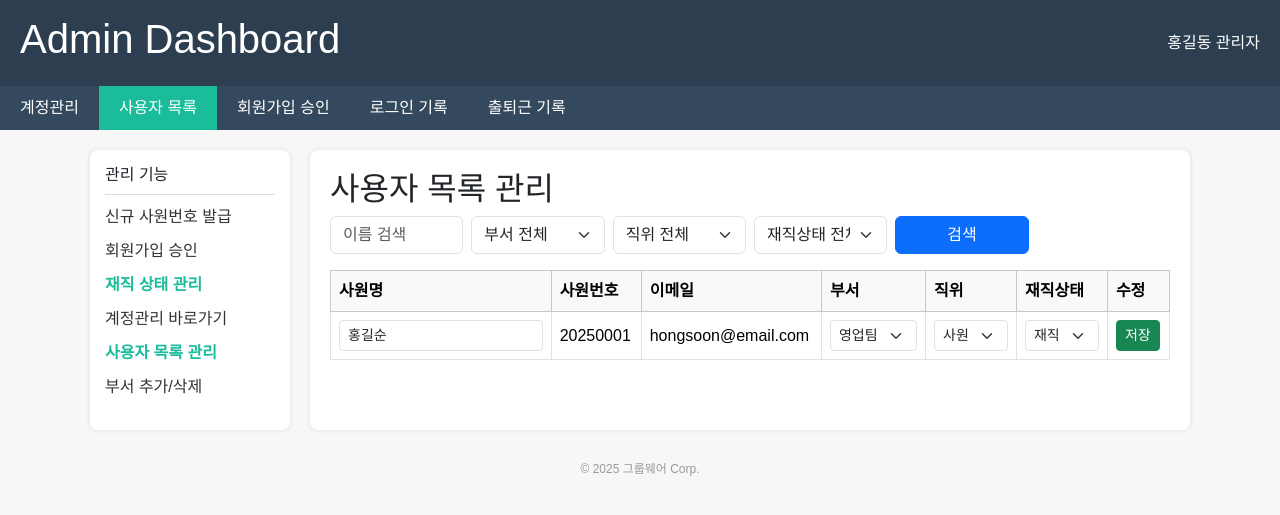
Repository: hyunbin7664/web-java-workspace
Page: groupware/src/main/webapp/admin_user_list.html
The author's editor kept a copy of each file at every save. The page is drawn from the files as they stood at one save, then again after the next save.
The browser window is 1280 px wide. The pictures show the whole page.

Above is the page before, as saved 2025-07-07 08:16:49.

### groupware/src/main/webapp/admin_user_list.html
<!DOCTYPE html>
<html lang="ko">
<head>
<meta charset="UTF-8">
<title>사용자 목록 관리</title>
<link
	href="https://cdn.jsdelivr.net/npm/bootstrap@5.3.2/dist/css/bootstrap.min.css"
	rel="stylesheet">
<style>
body {
	background-color: #f7f7f7;
	font-family: Arial, sans-serif;
	margin: 0;
}

header {
	background-color: #2c3e50;
	color: white;
	padding: 15px 20px;
	display: flex;
	justify-content: space-between;
	align-items: center;
}

nav {
	display: flex;
	background-color: #34495e;
}

nav a {
	padding: 10px 20px;
	color: white;
	text-decoration: none;
	display: inline-block;
}

nav a:hover, nav a.active {
	background-color: #1abc9c;
}

.container {
	display: flex;
	padding: 20px;
}

.sidebar {
	width: 200px;
	background-color: white;
	border-radius: 8px;
	padding: 15px;
	margin-right: 20px;
	box-shadow: 0 0 5px rgba(0, 0, 0, 0.1);
}

.sidebar h3 {
	margin-top: 0;
	font-size: 16px;
	border-bottom: 1px solid #ddd;
	padding-bottom: 10px;
}

.sidebar ul {
	list-style: none;
	padding: 0;
}

.sidebar ul li {
	margin: 10px 0;
}

.sidebar ul li a {
	color: #333;
	text-decoration: none;
}

.sidebar ul li a.active, .sidebar ul li a:hover {
	color: #1abc9c;
	font-weight: bold;
}

.main-content {
	flex: 1;
	background-color: white;
	border-radius: 8px;
	padding: 20px;
	box-shadow: 0 0 5px rgba(0, 0, 0, 0.1);
}

footer {
	text-align: center;
	padding: 10px;
	font-size: 12px;
	color: #999;
}
</style>
</head>
<body>
	<header>
		<h1>Admin Dashboard</h1>
		<div>홍길동 관리자</div>
	</header>
	<nav>
		<a href="admin_dashboard.html">계정관리</a> <a href="user_list.html"
			class="active">사용자 목록</a> <a href="employee_approval.html">회원가입
			승인</a> <a href="login_log.html">로그인 기록</a> <a href="attendance_log.html">출퇴근
			기록</a>
	</nav>
	<div class="container">
		<div class="sidebar">
			<h3>관리 기능</h3>
			<ul>
				<li><a href="employee_approval.html">신규 사원번호 발급</a></li>
				<li><a href="employee_approval.html">회원가입 승인</a></li>
				<li><a href="user_list.html" class="active">재직 상태 관리</a></li>
				<li><a href="admin_dashboard.html">계정관리 바로가기</a></li>
				<li><a href="user_list.html" class="active">사용자 목록 관리</a></li>
				<li><a href="user_list.html">부서 추가/삭제</a></li>
			</ul>
		</div>
		<div class="main-content">
			<h2>사용자 목록 관리</h2>
			<form class="row g-2 mb-3">
				<div class="col-md-2">
					<input type="text" class="form-control" placeholder="이름 검색">
				</div>
				<div class="col-md-2">
					<select class="form-select">
						<option>부서 전체</option>
						<option>영업팀</option>
						<option>개발팀</option>
					</select>
				</div>
				<div class="col-md-2">
					<select class="form-select">
						<option>직위 전체</option>
						<option>사원</option>
						<option>대리</option>
					</select>
				</div>
				<div class="col-md-2">
					<select class="form-select">
						<option>재직상태 전체</option>
						<option>재직</option>
						<option>휴직</option>
						<option>퇴사</option>
					</select>
				</div>
				<div class="col-md-2">
					<button class="btn btn-primary w-100">검색</button>
				</div>
			</form>
			<form>
				<table class="table table-bordered align-middle">
					<thead class="table-light">
						<tr>
							<th>사원명</th>
							<th>사원번호</th>
							<th>이메일</th>
							<th>부서</th>
							<th>직위</th>
							<th>재직상태</th>
							<th>수정</th>
						</tr>
					</thead>
					<tbody>
						<tr>
							<td><input type="text" class="form-control form-control-sm"
								value="홍길순"></td>
							<td>20250001</td>
							<td>hongsoon@email.com</td>
							<td><select class="form-select form-select-sm">
									<option>영업팀</option>
									<option>개발팀</option>
							</select></td>
							<td><select class="form-select form-select-sm">
									<option>사원</option>
									<option>대리</option>
							</select></td>
							<td><select class="form-select form-select-sm">
									<option>재직</option>
									<option>휴직</option>
									<option>퇴사</option>
							</select></td>
							<td>
								<button class="btn btn-success btn-sm">저장</button>
							</td>
						</tr>
						<!-- 추가 사원 행 반복 -->
					</tbody>
				</table>
			</form>
		</div>
	</div>
	<footer>© 2025 그룹웨어 Corp.</footer>
</body>
</html>

After the next save:
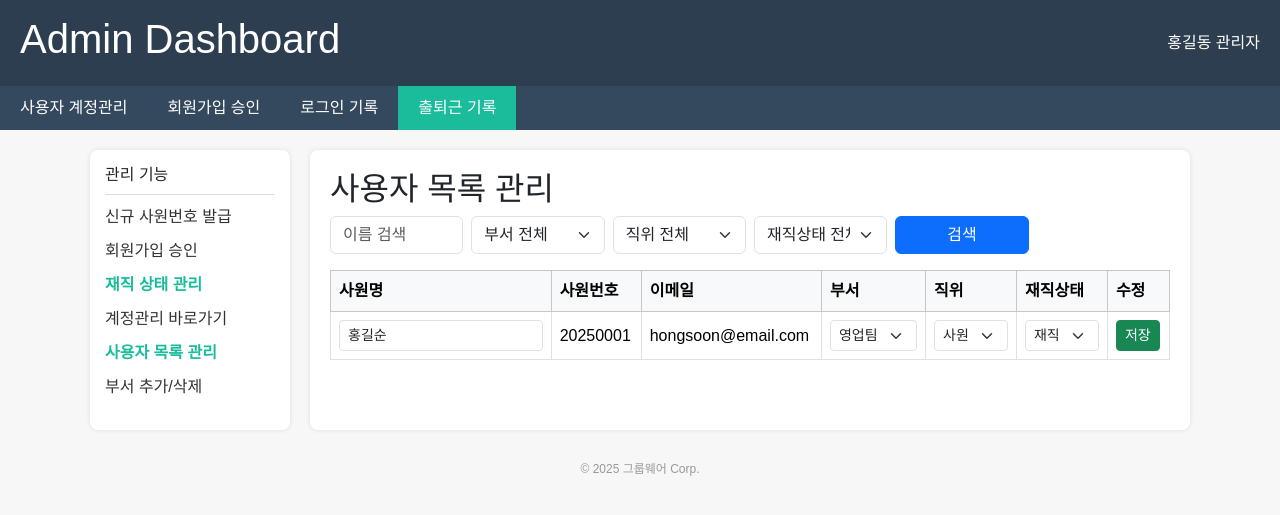
Saved 18 s later.
--- a/groupware/src/main/webapp/admin_user_list.html
+++ b/groupware/src/main/webapp/admin_user_list.html
@@ -96,14 +96,16 @@ footer {
 </head>
 <body>
 	<header>
-		<h1>Admin Dashboard</h1>
+		<h1>
+			<a href="admin_dashboard.html" style="text-decoration: none; color: inherit;">Admin Dashboard</a>
+		</h1>
 		<div>홍길동 관리자</div>
 	</header>
 	<nav>
-		<a href="admin_dashboard.html">계정관리</a> <a href="user_list.html"
-			class="active">사용자 목록</a> <a href="employee_approval.html">회원가입
-			승인</a> <a href="login_log.html">로그인 기록</a> <a href="attendance_log.html">출퇴근
-			기록</a>
+		<a href="user_list.html">사용자 계정관리</a>
+		<a href="employee_approval.html">회원가입 승인</a>
+		<a href="login_log.html">로그인 기록</a>
+		<a href="attendance_log.html" class="active">출퇴근 기록</a>
 	</nav>
 	<div class="container">
 		<div class="sidebar">
